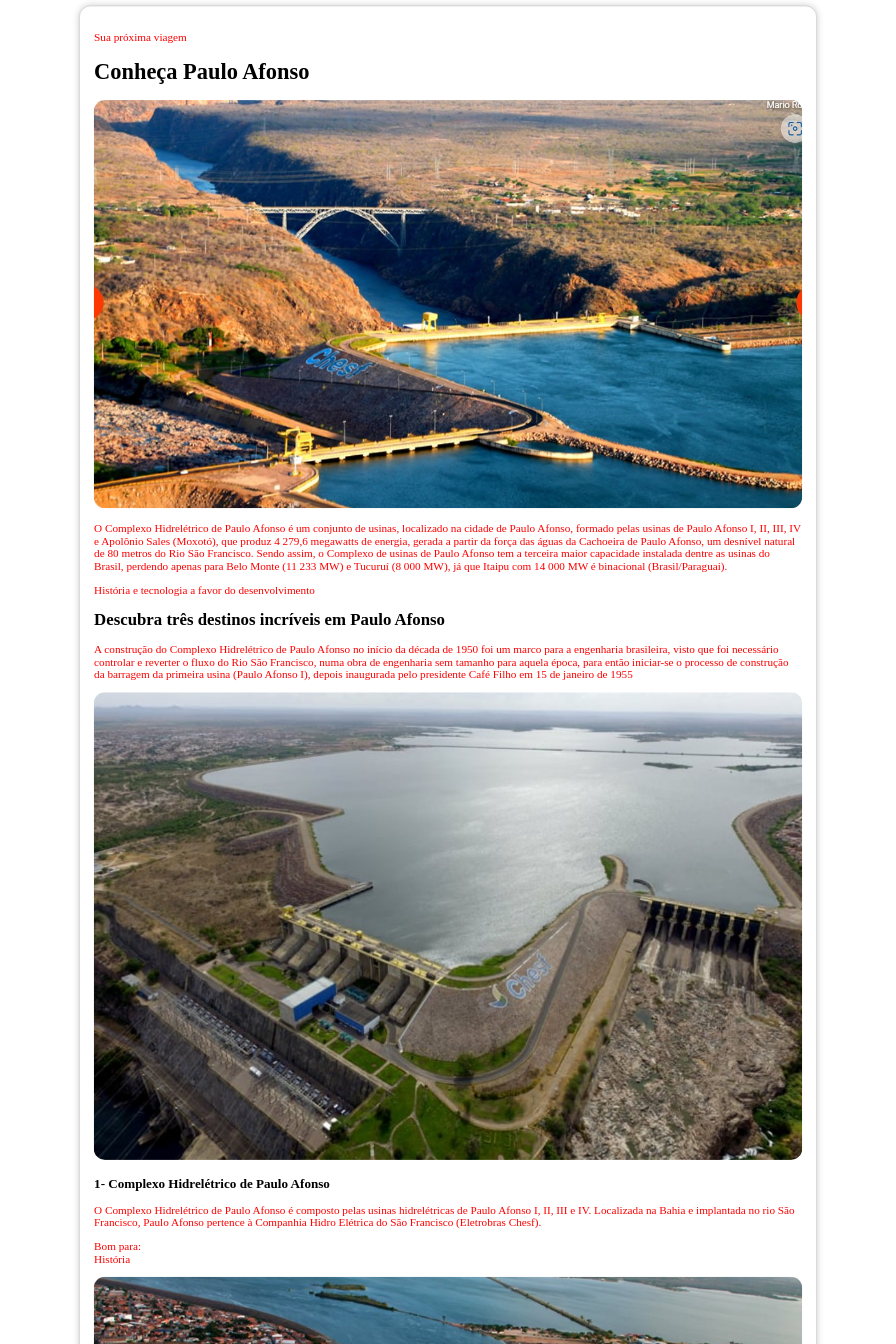
Repository: JeffRodFer/testeGitXGithub
Page: index.html
These files come from the project's save history. The page is drawn as it stood at one moment and after the next save; the edit follows.
The browser window is 1280 px wide. The pictures show the part of the page from y = 0 to 1920 px (the page is 3508 px tall), at 70% of full size.

Above is the page before, as saved 2025-03-15 20:59:57.

### index.html
<!DOCTYPE html>
<html lang="pt-br">
<head>
    <meta charset="UTF-8">
    <meta name="viewport" content="width=device-width, initial-scale=1.0">
    <title>Local Turístico</title>
    <link rel="stylesheet" href="style.css">

</head>
<body>
    <main class="page">
        <div>
            <p id="pred">Sua próxima viagem</p>
            <h1>Conheça Paulo Afonso</h1>
            <section>
                <img src="assets/main.jpg" alt="visão geral da hidroelêtrica">
                <p>O Complexo Hidrelétrico de Paulo Afonso é um conjunto de usinas, localizado na cidade de Paulo Afonso, formado pelas usinas de Paulo Afonso I, II, III, IV e Apolônio Sales (Moxotó), que produz 4 279,6 megawatts de energia, gerada a partir da força das águas da Cachoeira de Paulo Afonso, um desnível natural de 80 metros do Rio São Francisco. Sendo assim, o Complexo de usinas de Paulo Afonso tem a terceira maior capacidade instalada dentre as usinas do Brasil, perdendo apenas para Belo Monte (11 233 MW) e Tucuruí (8 000 MW), já que Itaipu com 14 000 MW é binacional (Brasil/Paraguai). </p>
            </section>
            <section>
                <p id="pred">História e tecnologia a favor do desenvolvimento</p>
                <h2>Descubra três destinos incríveis em Paulo Afonso</h2>
                <p>
                         A construção do Complexo Hidrelétrico de Paulo Afonso no início da década de 1950 foi um marco para a engenharia brasileira, visto que foi necessário controlar e reverter o fluxo do Rio São Francisco, numa obra de engenharia sem tamanho para aquela época, para então iniciar-se o processo de construção da barragem da primeira usina (Paulo Afonso I), depois inaugurada pelo presidente Café Filho em 15 de janeiro de 1955
                </p>
                <img src="assets/hidroele.jpg" alt="hidroelêtrica">
                <h3>1- Complexo Hidrelétrico de Paulo Afonso</h3>
                <p>
                     O Complexo Hidrelétrico de Paulo Afonso é composto pelas usinas hidrelétricas de Paulo Afonso I, II, III e IV. Localizada na Bahia e implantada no rio São Francisco, Paulo Afonso pertence à Companhia Hidro Elétrica do São Francisco (Eletrobras Chesf).
                </p>
                <P>Bom para: <br>
                   História</P>
            </section>
            <section>
                <img src="assets/aerea.jpg" alt="praias para banho as margens do Rio São Francisco">
                <h3>2- Praias para banho as margens do Rio São Francisco.</h3>
                <p>
                    Na zona urbana do município, a praia Canto das Águas, conhecida como Prainha de Glória; Na zona rural, além de várias serras, a praia do Bode Assado, as trilhas ecológicas e as agrovilas, onde é possível visitar os projetos agrícolas irrigados com as águas do Rio São Francisco.
                </p>
                <p>Bom para: <br>
                    Lazer</p>
            </section>
            <section>
                <img src="assets/rochasagua.jpg" alt="quedas d'agua nos canions do rio são francisco">
                <h3>3- Quedas d'água nos canions do Rio São Francisco.</h3>
                <p>
                    A região é conhecida como "O Canion da Água" e possui a maior quantidade de quedas d'água do mundo, com mais de 100 canions. A maior delas, o Canion de São Francisco, tem quase 100m de altura. Além de um estrutura com restaurantes e pousasdas que servem como ponto de partida para os turistas que fazem expedições pelo grande Rio São Francisco.
                </p>
                <p>Bom para: <br>
                    Turismo <br>
                    Lazer <br>
                    Aventura</p>
            </section>
            <p>Lorem ipsum dolor, sit amet consectetur adipisicing elit. Aspernatur tempore eum eveniet optio obcaecati sed mollitia porro, perspiciatis atque quae, fuga, praesentium itaque quibusdam corporis in eos repellat. Illo, qui.</p>

        </div>
    </main>
</body>
</html>

### style.css
body {
    background-color: white;

}

.page {
    width: 80%;
    margin: 0 auto;
    padding: 20px;
    background-color: white;
    border: 1px solid #ccc;
    border-radius: 16px;
    box-shadow: 0 0 10px #ccc;
}
img
    {
        max-width: 100%;
        height: auto;
        border-radius: 16px;
    }

p {
    color: red;
}

After the next save:
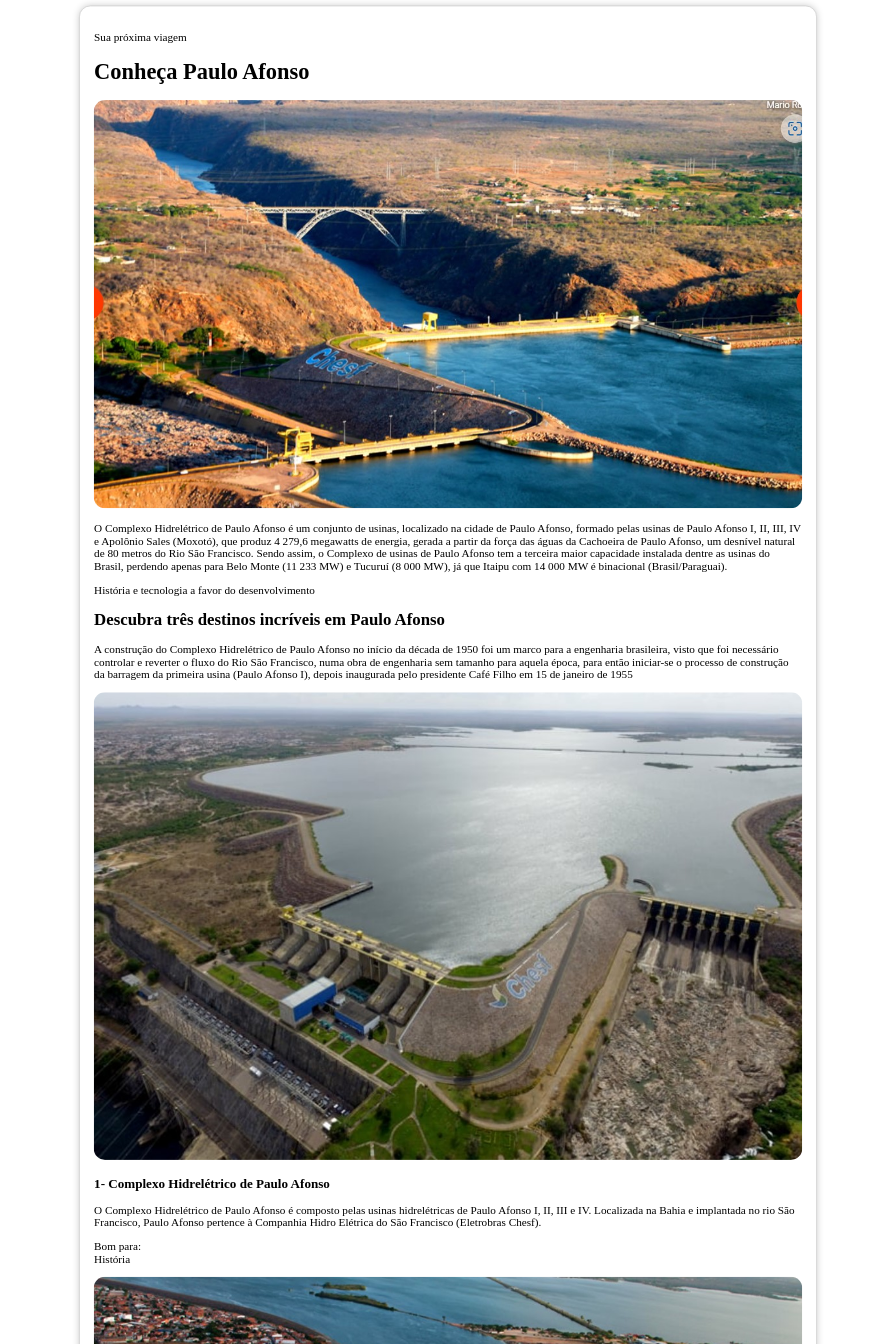
Saved 51 s later.
--- a/style.css
+++ b/style.css
@@ -19,6 +19,6 @@ img
         border-radius: 16px;
     }
 
-p {
+.p pred {
     color: red;
 }
